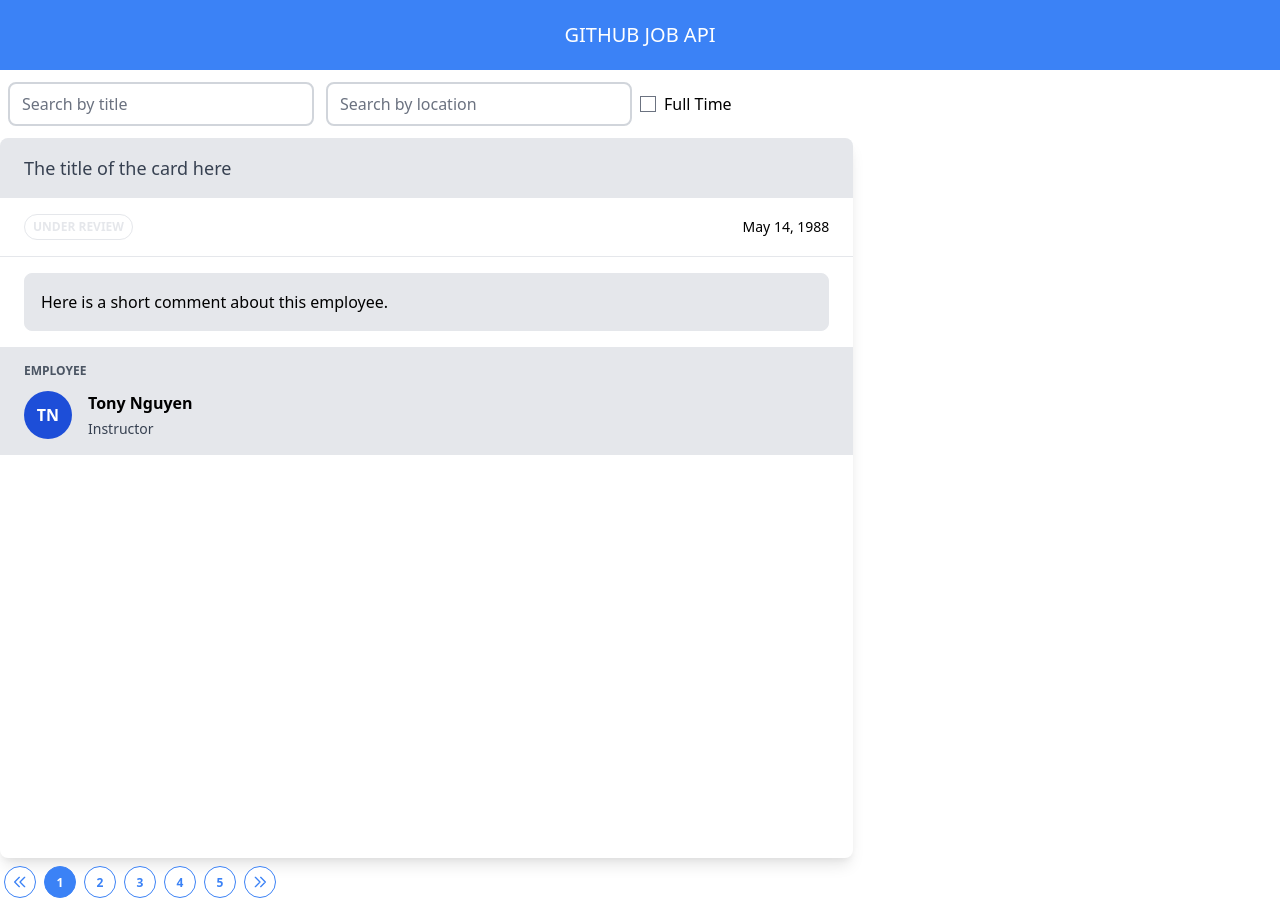
Repository: ShamroOoz/Github-job-api-React-Tailwind
Page: /
The author's editor kept a copy of each file at every save. The page is drawn from the files as they stood at one save, then again after the next save.
The browser window is 1280 px wide. The pictures show the whole page.
The page's requests for data from a server got no answer. The project was rebuilt for these pictures with package versions that can differ from the ones it lists, and the page was loaded fresh each time. No one was signed in, and anything a server would have sent is missing. Also part of the build but not shown: craco.config.js.

Above is the page before, as saved 2021-03-21 17:14:30.

After the next save:
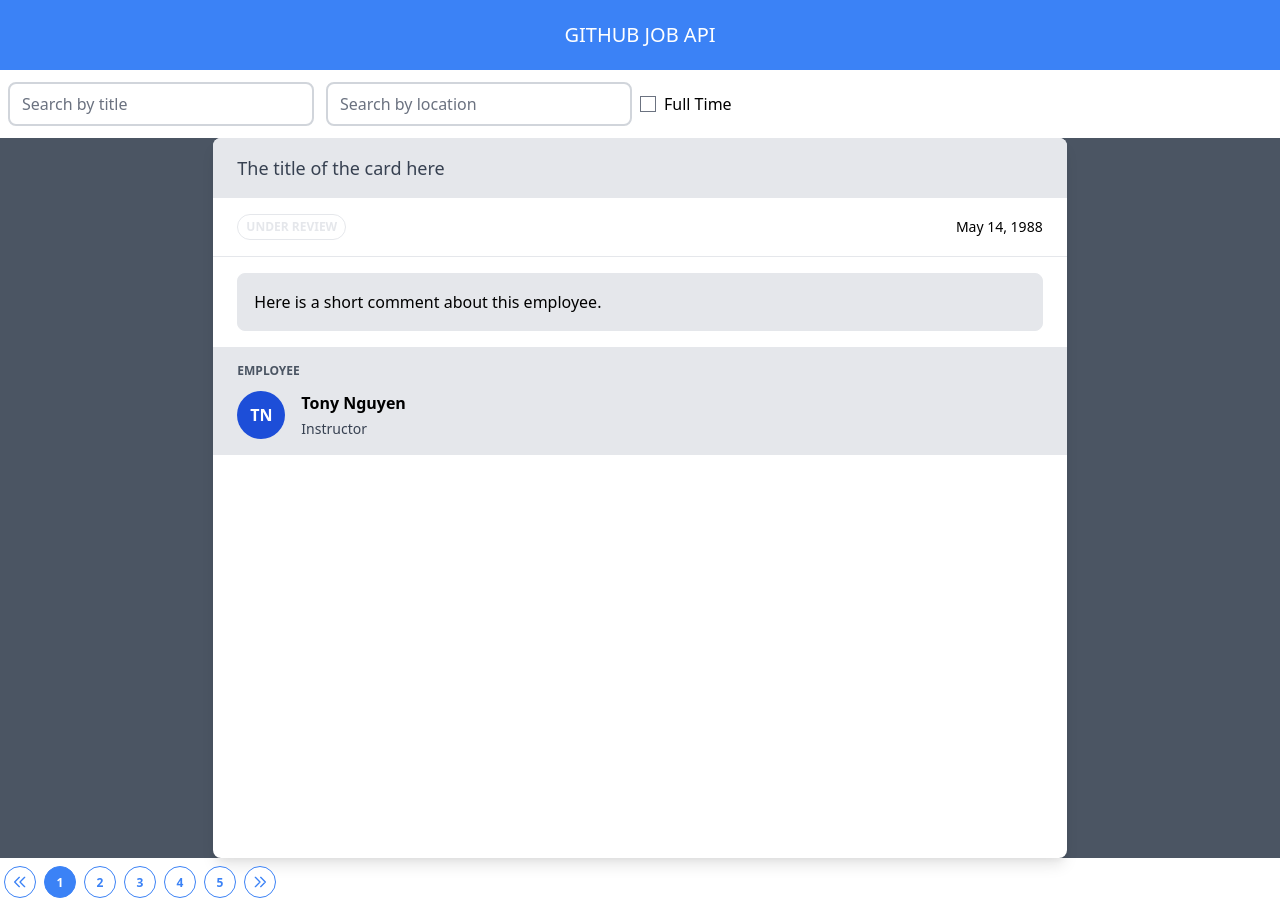
Saved 10 s later.
--- a/src/components/Reducer/Job.js
+++ b/src/components/Reducer/Job.js
@@ -2,7 +2,7 @@
 
 const Job = () => {
   return (
-    <div class="flex justify-centerr h-screen">
+    <div class="bg-gray-600 flex justify-center  h-screen">
       <div class="w-2/3 flex flex-col bg-white shadow-lg rounded-lg overflow-hidden">
         <div class="bg-gray-200 text-gray-700 text-lg px-6 py-4">
           The title of the card here
